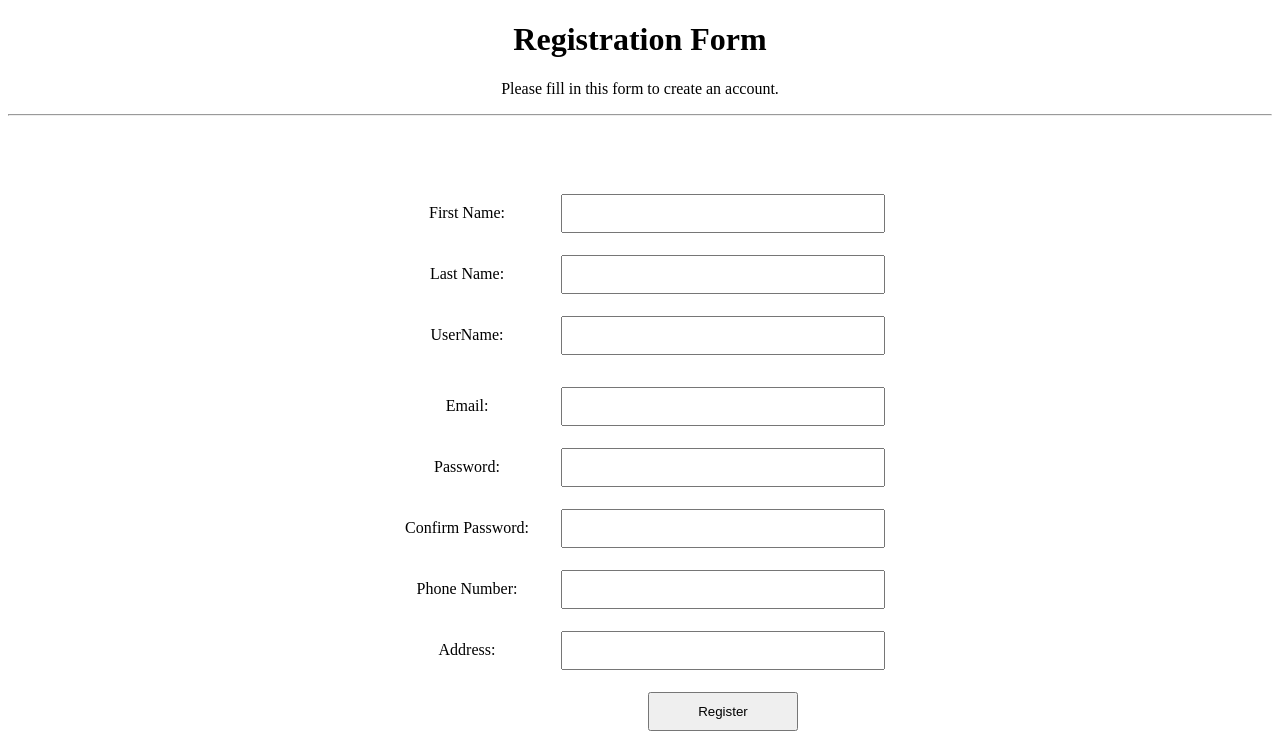
Repository: armanali13000/JAVA_CRUD
Page: http://localhost/CRUD_APP/MemberRegister.jsp
These files come from the project's save history. The page is drawn as it stood at one moment and after the next save; the edit follows.
The browser window is 1280 px wide. The pictures show the whole page.
The page is served by Tomcat 9.

Above is the page before, as saved 2023-02-26 10:18:18.

### CRUD_APP/src/main/webapp/MemberRegister.jsp
<%@ page language="java" contentType="text/html; charset=ISO-8859-1"
    pageEncoding="ISO-8859-1"%>
<!DOCTYPE html>
<html>
<head>
<meta charset="ISO-8859-1">
<title>Registration Form</title>

	<style type="text/css">

		.registration
		{
			text-align: center;
		}
		label, input
		{
			margin: 5px;
			padding: 10px;
			width: 300px;
		}
		#button
		{
			width: 150px;
		}
	</style>

</head>
<body>
	<form class="registration" action="Register" method="post">
	<h1>Registration Form</h1>
    <p>Please fill in this form to create an account.</p>
    <hr><br><br><br>
    <table align="center" cellspacing="10px">
			<tr>
					<td><label>First Name:</label></td>
					<td><input id="input" type="text"></input></td>
			</tr>
			<tr>
					<td><label>Last Name:</label></td>
					<td><input id="input" type="text"></input></td>
			</tr>
    		<tr>
					<td><label>UserName:</label></td>
					<td><input id="input" type="text"></input></td>
			</tr>
			<tr>
			<tr>
					<td><label>Email:</label></td>
					<td><input id="input" type="email"></input></td>
			</tr>
					<td><label>Password:</label></td>
					<td><input id="input" type="password"></input></td>
			</tr>
			<tr>
					<td><label>Confirm Password:</label></td>
					<td><input id="input" type="password"></input></td>
			</tr>
			<tr>
					<td><label>Phone Number:</label></td>
					<td><input id="input" type="text"></input></td>
			</tr>
			<tr>
					<td><label>Address:</label></td>
					<td><input id="input" type="text"></input></td>
			</tr>
			<tr>
				<td></td>
				<td><input id="button" type="submit" value="Register"></input></td>
			</tr>


	<!-- <input type="text" name="name" placeholder="Enter First Name"><br><br>
	<label>Last Name</label>
	<input type="text" name="name" placeholder="Enter Last Name"><br><br>
	<label>UserName</label>
	<input type="text" name="username" placeholder="Enter UserName"><br><br>
	<label>Email</label>
	<input type="email" name="email" placeholder="Enter Email"><br><br>
	<label>Password</label>
	<input type="password" name="password" placeholder="Enter Password"><br><br>
	<label>Confirm Password</label>
	<input type="password" name="Password" placeholder="Enter Confirm Password"><br><br>
	<label>Phone</label>
	<input type="number" name="phone" placeholder="Enter Phone"><br><br>
	<label>Address</label>
	<input type="text" name="address" placeholder="Enter Address"><br><br>
	<input id="sub" type="submit" value="Register"> -->

    </table>

	</form>
</body>
</html>

After the next save:
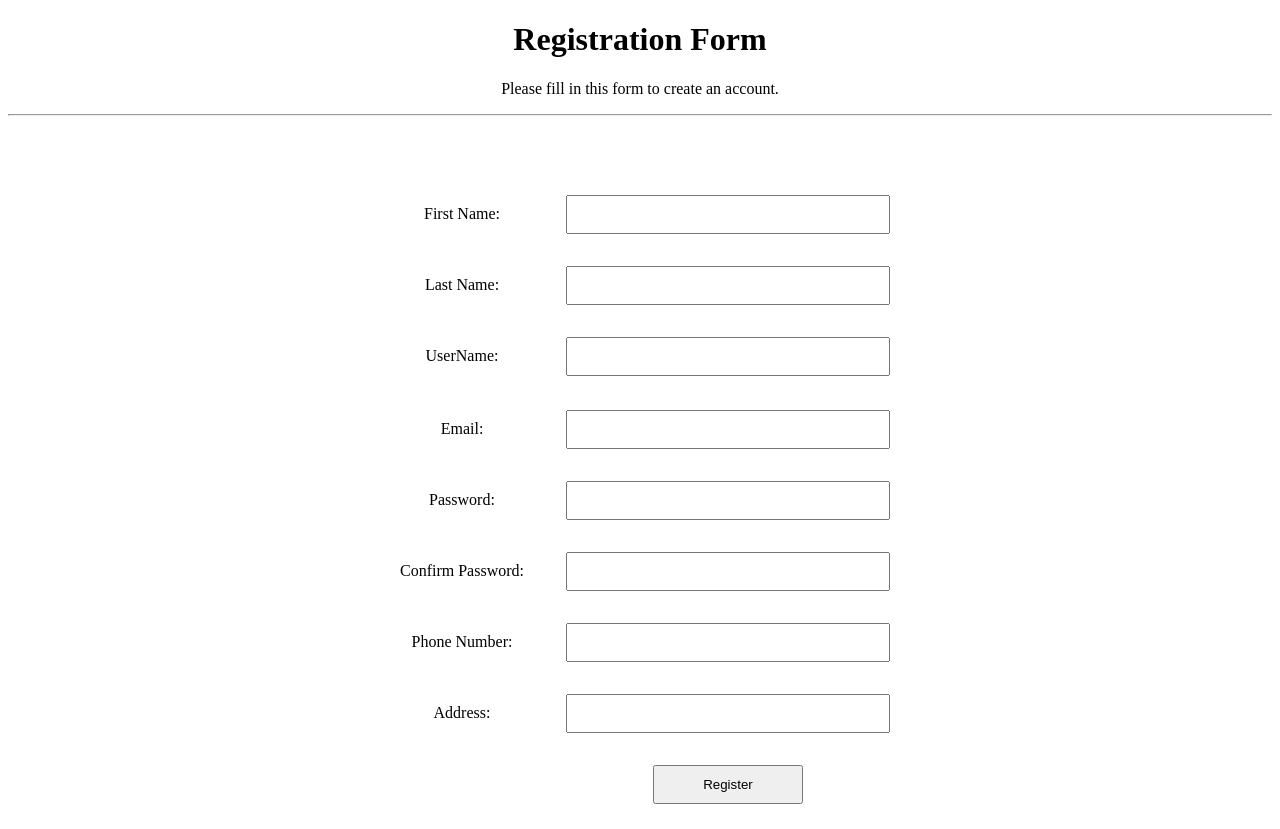
Saved 17 s later.
--- a/CRUD_APP/src/main/webapp/MemberRegister.jsp
+++ b/CRUD_APP/src/main/webapp/MemberRegister.jsp
@@ -30,7 +30,7 @@
 	<h1>Registration Form</h1>
     <p>Please fill in this form to create an account.</p>
     <hr><br><br><br>
-    <table align="center" cellspacing="10px">
+    <table align="center" cellpadding="10px">
 			<tr>
 					<td><label>First Name:</label></td>
 					<td><input id="input" type="text"></input></td>
